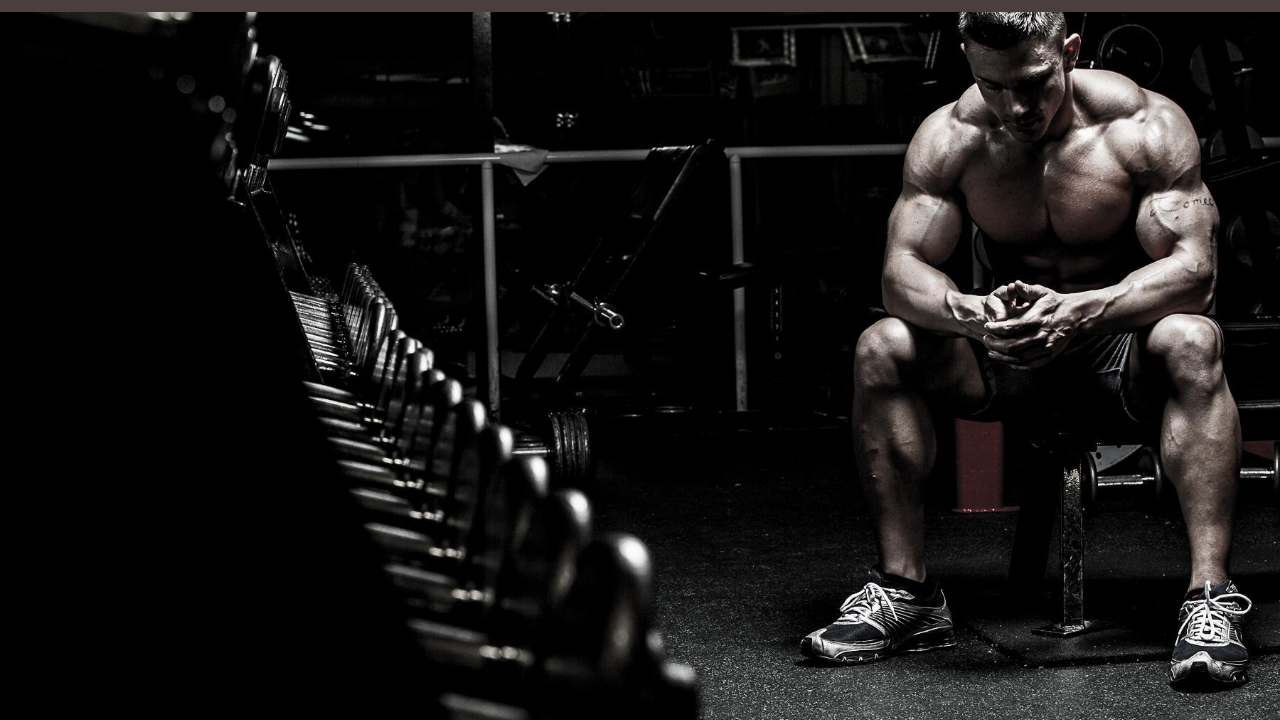
Repository: asthaasquare/project-1
Page: project-1/index.html
These files come from the project's save history. The page is drawn as it stood at one moment and after the next save; the edit follows.
The browser window is 1280 px wide. The pictures show the whole page.

Above is the page before, as saved 2024-05-09 10:08:08.

After the next save:
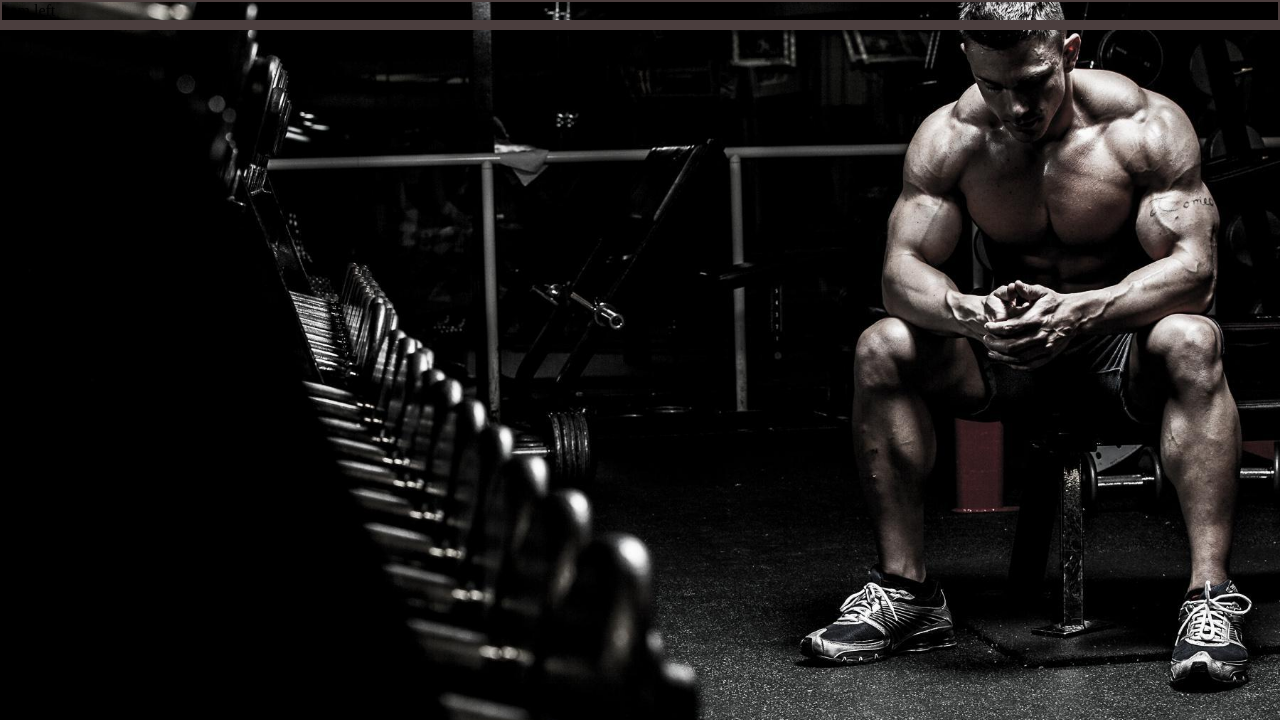
Saved 50 s later.
--- a/project-1/index.html
+++ b/project-1/index.html
@@ -30,7 +30,9 @@
   <link rel="stylesheet" href="css/style.css" />
   <body>
     <header class="class">
-      <div class="left"></div>
+      <div class="left">
+        i am left
+      </div>
       <div class="mid"></div>
       <div class="right"></div>
     </header>
